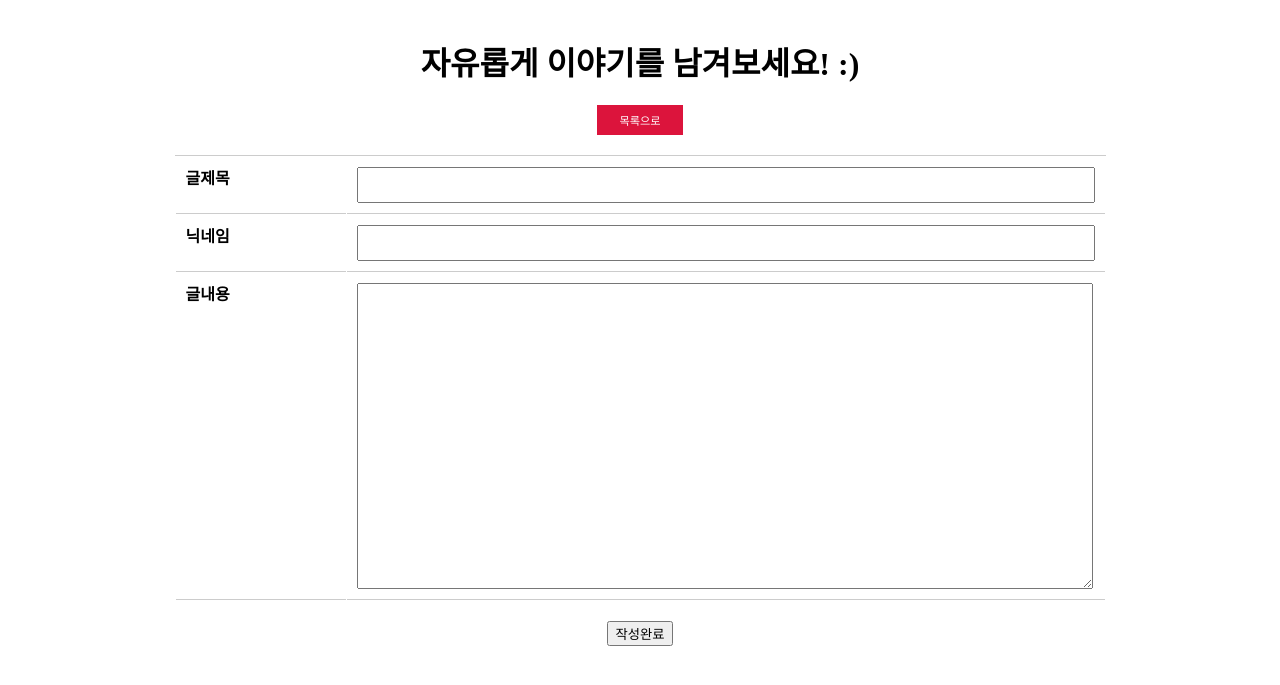
Repository: minkyung0421/NMT_Project
Page: http://localhost/MyPage_Project/Write.jsp
These files come from the project's save history. The page is drawn as it stood at one moment and after the next save; the edit follows.
The browser window is 1280 px wide. The pictures show the whole page.
The page is served by Tomcat 9.

Above is the page before, as saved 2018-09-02 22:34:22.

### NMT_Project/MyPage_Project/WebContent/Write.jsp
<%@ page language="java" contentType="text/html; charset=UTF-8"
    pageEncoding="UTF-8"%>
<!DOCTYPE html PUBLIC "-//W3C//DTD HTML 4.01 Transitional//EN" "http://www.w3.org/TR/html4/loose.dtd">
<html>
<head>
<meta http-equiv="Content-Type" content="text/html; charset=UTF-8">
<title>Board</title>
<style>
	table.type04 {
    border-collapse: separate;
    border-spacing: 1px;
    text-align: left;
    line-height: 1.5;
    border-top: 1px solid #ccc;
  margin : 20px 10px;
}
table.type04 th {
    width: 150px;
    padding: 10px;
    font-weight: bold;
    vertical-align: top;
    border-bottom: 1px solid #ccc;
}
table.type04 td {
    width: 350px;
    padding: 10px;
    vertical-align: top;
    border-bottom: 1px solid #ccc;
}

      #board_title{width:730px; height:30px;}

      #board_content{width:730px; height:300px;}

         button{
        background:crimson;
        color:#fff;
        border:none;
        position:relative;
        height:30px;
        font-size:0.7em;
        padding:0 2em;
        cursor:pointer;
        transition:800ms ease all;
        outline:none;
      }
      button:hover{
        background:#fff;
        color:crimson;
      }
      button:before,button:after{
        content:'';
        position:absolute;
        top:0;
        right:0;
        height:2px;
        width:0;
        background: crimson;
        transition:400ms ease all;
      }
      button:after{
        right:inherit;
        top:inherit;
        left:0;
        bottom:0;
      }
      button:hover:before,button:hover:after{
        width:100%;
        transition:800ms ease all;
      }
</style>
</head>
<body>
 <center><h1 style = "margin-top:3%">자유롭게 이야기를 남겨보세요! :)</h1>
        <a href = "list.jsp"><button>목록으로</button></a></center>
<form name="insertFrm" id="insertFrm" action="insert.jsp">
<center>
    <table class="type04">
	 <tr>
        <th scope="row">글제목</th>
        <td><input type="text" id="board_title" name="board_title"></td>
    </tr>
    <tr>
        <th scope="row">닉네임</th>
        <td><input type="text" id="board_title" name="board_title"></td>
    </tr>
    <tr>
        <th scope="row">글내용</th>
        <td><textarea id="board_content" name="board_content"></textarea></td>
    </tr>
    </table>
</center>
  </form>

  <div class="Btn">

    <center><input type="button" value="작성완료" class = "button" id="insert" OnClick="javascript:Insert();"></center>

  </div>
</body>
<script>
	function Insert(){
		var insertFrm = document.insertFrm;
		if(!insertFrm.board_title.value){
			alert("글제목을 작성해주세요;)");
			insertFrm.board_title.focus();
			return;
		}

		if(!insertFrm.board_content.value){
			alert("내용을 적어주세요;)");
			insertFrm.board_content.focus();
			return;
		}

		insertFrm.submit();
	}
</script>
</html>

After the next save:
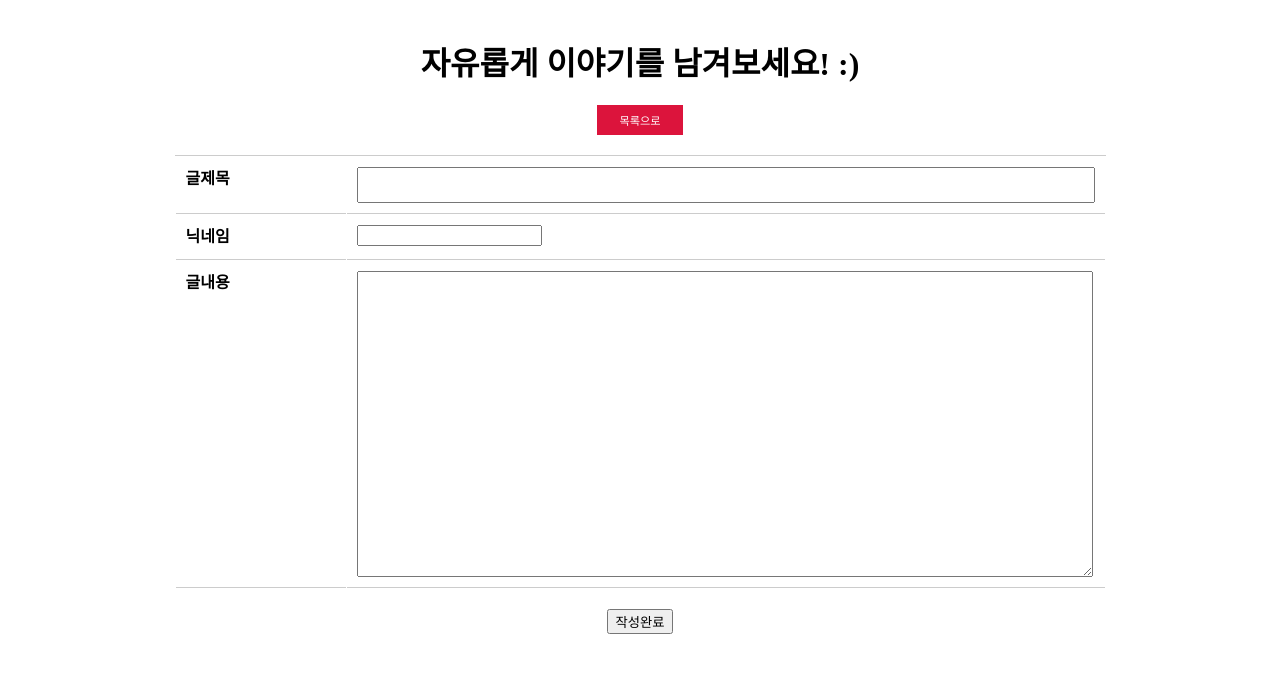
Saved 13 s later.
--- a/NMT_Project/MyPage_Project/WebContent/Write.jsp
+++ b/NMT_Project/MyPage_Project/WebContent/Write.jsp
@@ -82,7 +82,7 @@ table.type04 td {
     </tr>
     <tr>
         <th scope="row">닉네임</th>
-        <td><input type="text" id="board_title" name="board_title"></td>
+        <td><input type="text" id="nicname" name="nicname"></td>
     </tr>
     <tr>
         <th scope="row">글내용</th>
